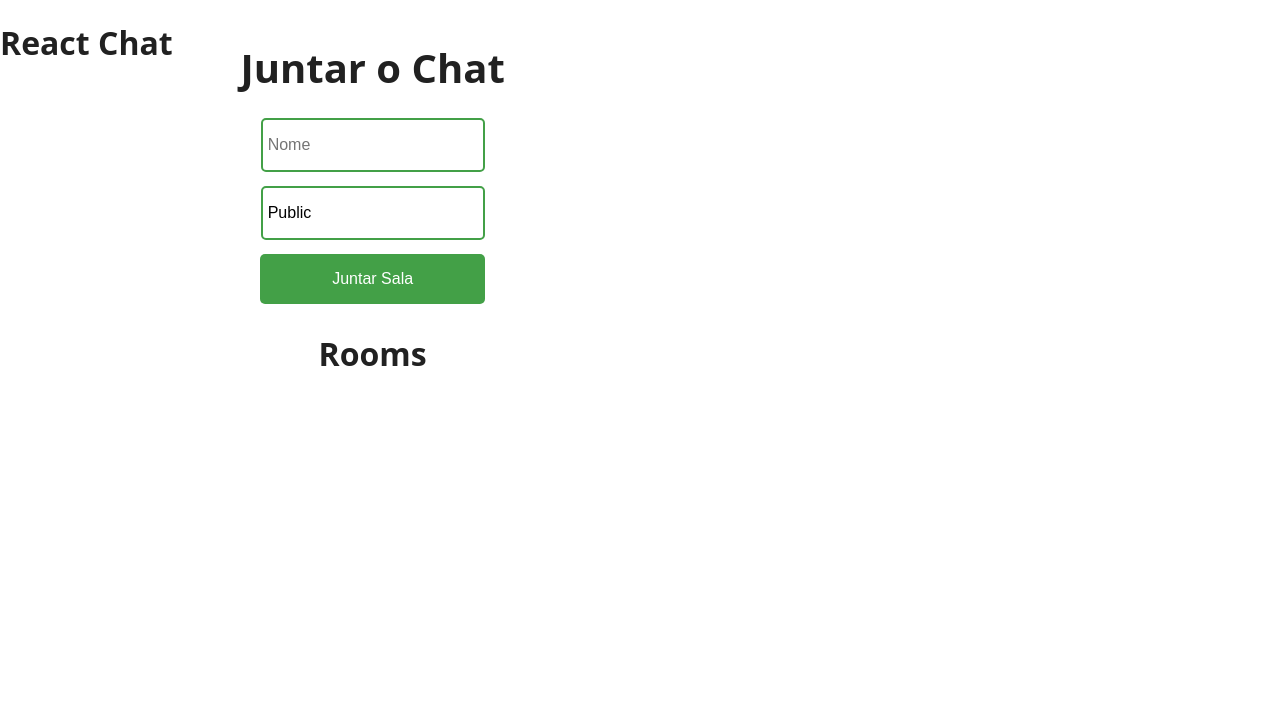
Repository: hierotsu/chat-rooms-react-
Page: / (app in client/)
The author's editor kept a copy of each file at every save. The page is drawn from the files as they stood at one save, then again after the next save.
The browser window is 1280 px wide. The pictures show the whole page.
The page's requests for data from a server got no answer. The project was rebuilt for these pictures with package versions that can differ from the ones it lists, and the page was loaded fresh each time. No one was signed in, and anything a server would have sent is missing. Also part of the build but not shown: client/src/components/User.js, client/src/components/Chat.js.

Above is the page before, as saved 2022-02-02 16:10:45.

After the next save:
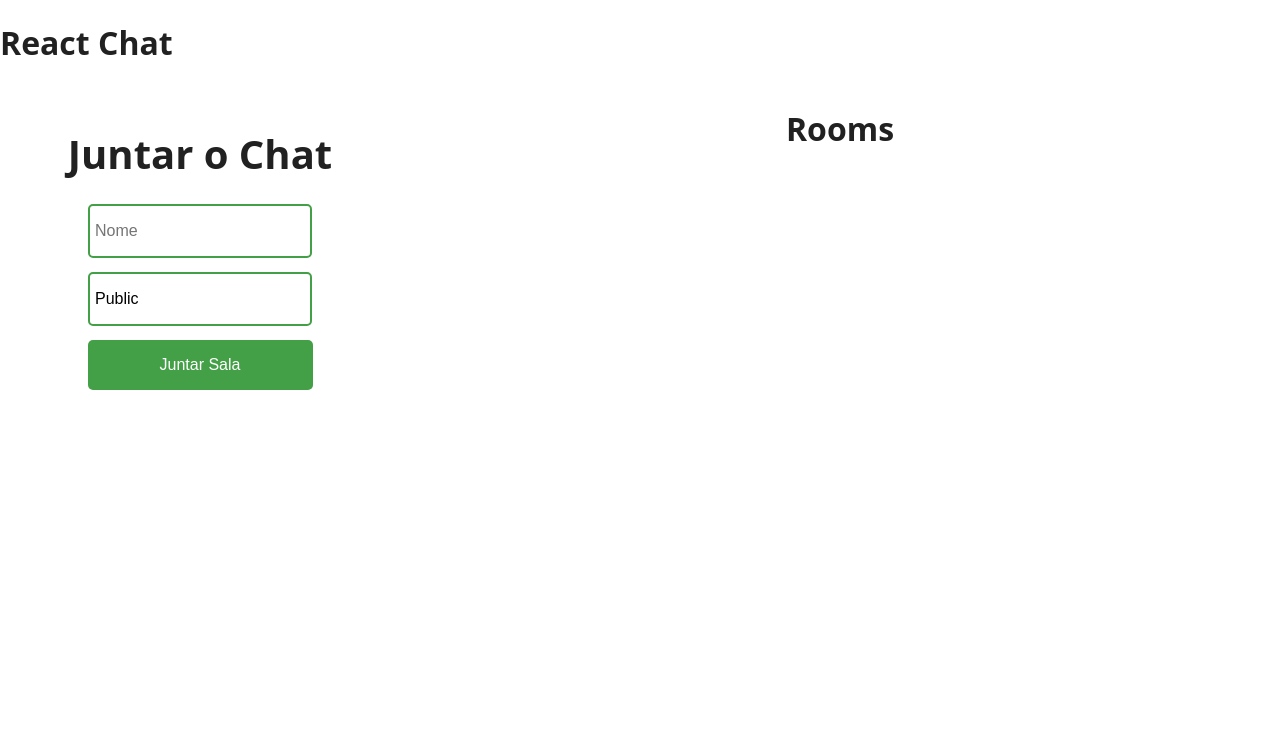
Saved 23 s later.
--- a/client/src/App.css
+++ b/client/src/App.css
@@ -4,7 +4,6 @@
 	background: #fff;
 	color: #212121;
 	font-family: "Open Sans", sans-serif;
-	display: flex;
 }
 body {
 	margin: 0%;
@@ -14,6 +13,10 @@ body {
 
 button:hover {
 	cursor: pointer;
+}
+
+.chat-ini-container {
+	display: flex;
 }
 
 .joinChatContainer {
